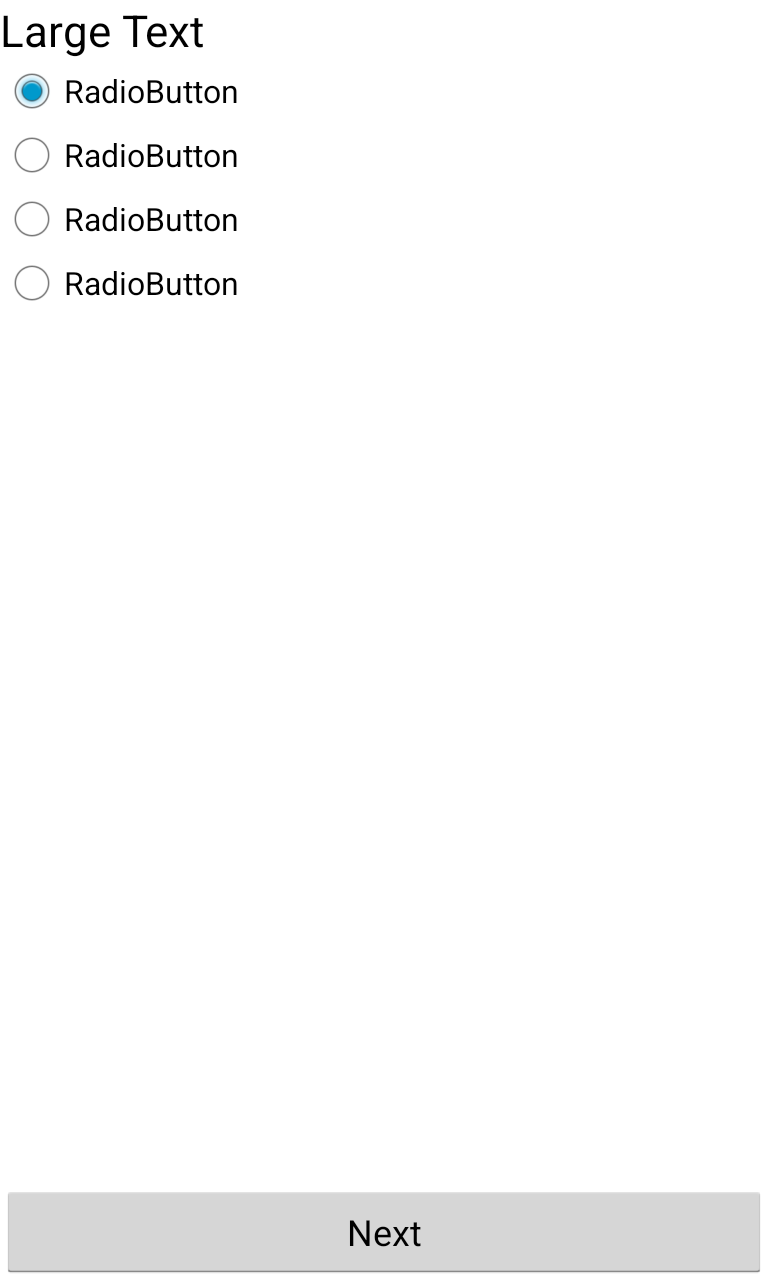
Repository: ICtest333/test_pjtQuiz
Layout: TestQuizActivity/res/layout/activity_quiz.xml
These files come from the project's save history. The layout is drawn as it stood at one moment and after the next save; the edit follows.
It is drawn on a 768 x 1280 px phone screen (xhdpi) without system bars, with theme AppTheme; the app's code is not run.

Above is the layout before, as saved 2014-05-15 08:51:42.

After the next save:
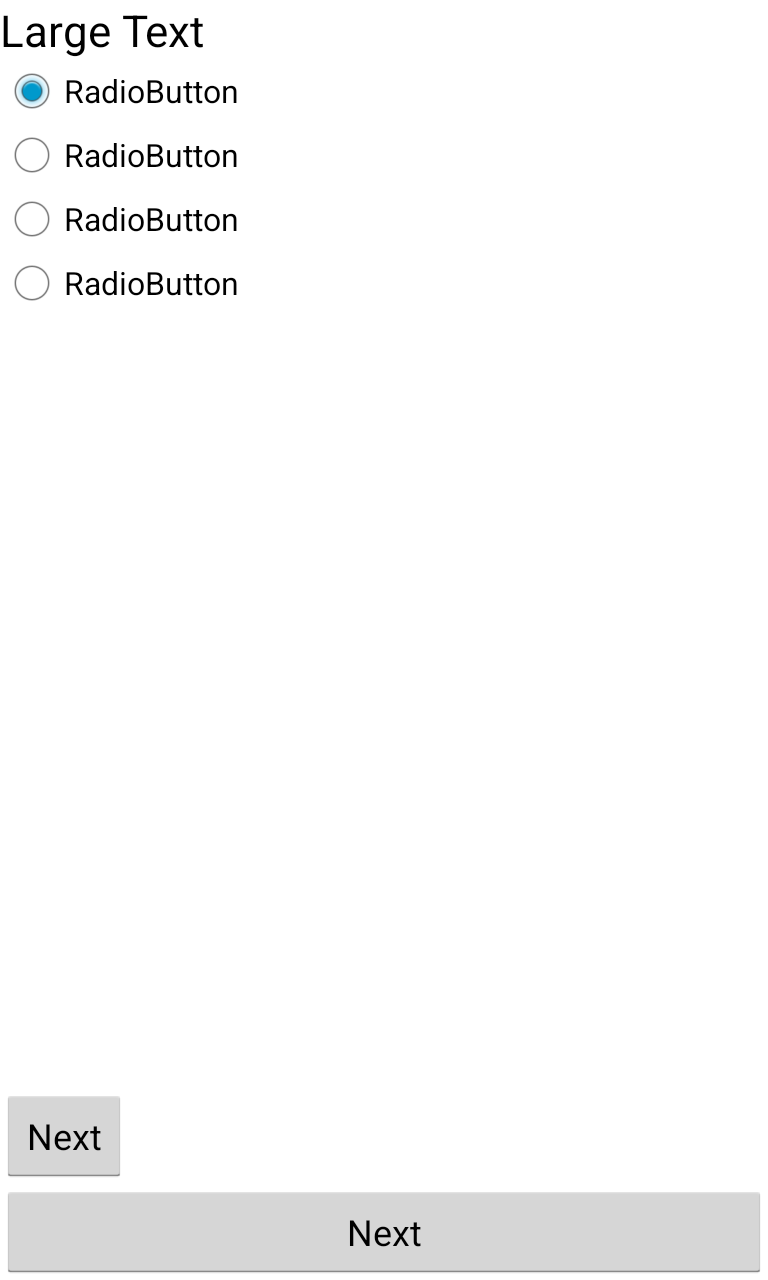
Saved 62 s later.
--- a/TestQuizActivity/res/layout/activity_quiz.xml
+++ b/TestQuizActivity/res/layout/activity_quiz.xml
@@ -47,6 +47,12 @@
         </RadioGroup>
 
         <Button
+                android:id="@+id/button2"
+                android:layout_width="wrap_content"
+                android:layout_height="wrap_content"
+                android:text="@string/str_next" />
+
+        <Button
                 android:id="@+id/button1"
                 android:layout_width="match_parent"
                 android:layout_height="wrap_content"
